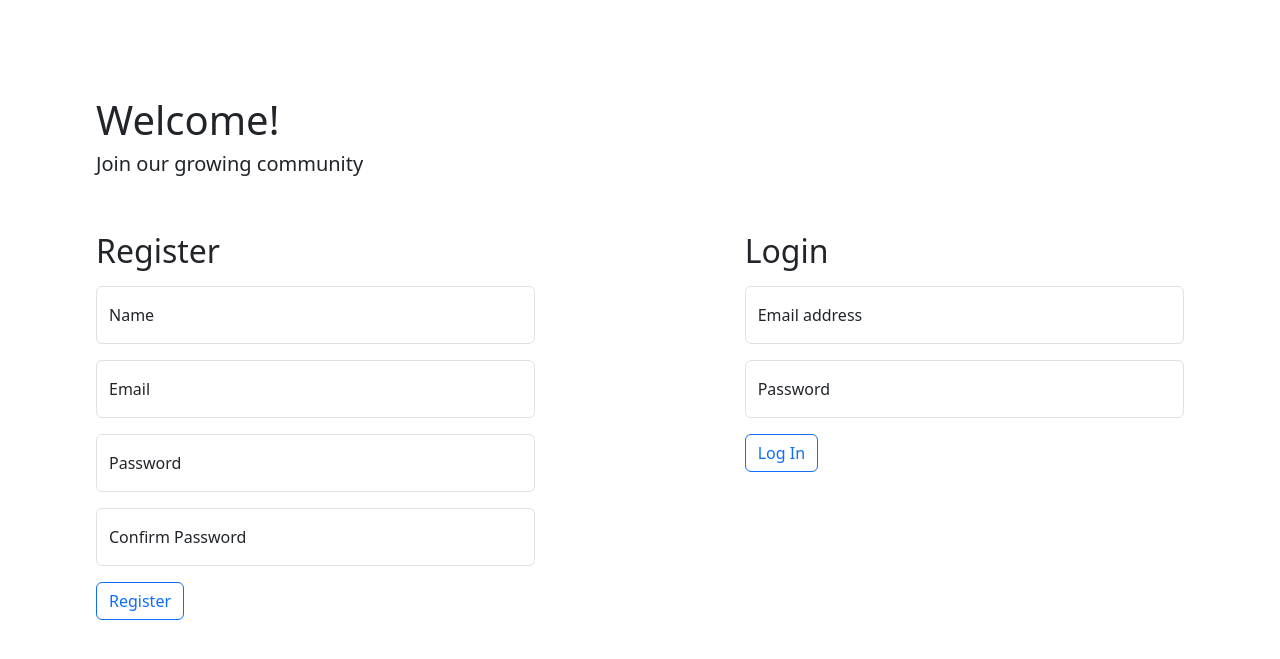
Repository: ShathaMorales/Java-Stack
Page: http://localhost/LoginRegistration/WEB-INF/index.jsp
These files come from the project's save history. The page is drawn as it stood at one moment and after the next save; the edit follows.
The browser window is 1280 px wide. The pictures show the whole page.
The page is served by Tomcat 10. Nobody is signed in. Other server files are loaded and not shown. The template is opened directly, without the code that normally fills it, so the values that code supplies are empty.

Above is the page before, as saved 2023-05-12 11:34:37.

### _java/FullSpring/BookBroker/LoginRegistration/src/main/webapp/WEB-INF/index.jsp
<%@ page language="java" contentType="text/html; charset=UTF-8" pageEncoding="UTF-8"%>
<!-- c:out ; c:forEach etc. -->
<%@ taglib prefix = "c" uri = "http://java.sun.com/jsp/jstl/core" %>
<!-- Formatting (dates) -->
<%@ taglib uri="http://java.sun.com/jsp/jstl/fmt" prefix="fmt"  %>
<!-- form:form -->
<%@ taglib prefix="form" uri="http://www.springframework.org/tags/form"%>
<!-- for rendering errors on PUT routes -->
<%@ page isErrorPage="true" %>
<!DOCTYPE html>
<html>
<head>
<meta charset="UTF-8">
<link href="https://cdn.jsdelivr.net/npm/bootstrap@5.3.0-alpha3/dist/css/bootstrap.min.css" rel="stylesheet" integrity="sha384-KK94CHFLLe+nY2dmCWGMq91rCGa5gtU4mk92HdvYe+M/SXH301p5ILy+dN9+nJOZ" crossorigin="anonymous">
<title>Login and Registration</title>
</head>
<body>
	<div class = "container-md-fluid m-5 p-5">
    	<div class = "row justify-content-between">
    	<h1>Welcome!</h1>
    	<h5>Join our growing community</h5>
            <div class = "col-5 mt-5">
    			<h2>Register</h2>
                <form:form action="/register" method="post" modelAttribute="newUser">
                    <div class="form-floating my-3">
                      <form:input path="userName" class="form-control" name = "userName" id="floatingInput" placeholder="name@example.com"/>
                      <form:label path="userName" for="floatingInput">Name</form:label>
                        <form:errors path="userName" class = "my-3" style="color: blue;"/>
                    </div>
                    <div class="form-floating my-3">
                      <form:input type="email" path="email" class="form-control" name = "email" id="floatingInput" placeholder="name@example.com"/>
                      <form:label path="email" for="floatingInput">Email</form:label>
                        <form:errors path="email" class = "my-3" style="color: blue;"/>
                    </div>
                    <div class="form-floating my-3">
                      <form:input type="password" path="password" class="form-control" name = "password" id="floatingInput" placeholder="name@example.com"/>
                      <form:label path="password" for="floatingInput">Password</form:label>
                        <form:errors path="password" class = "my-3" style="color: blue;"/>
                    </div>
                    <div class="form-floating my-3">
                      <form:input type="password"  path="confirm" class="form-control" name = "confirm" id="floatingInput" placeholder="name@example.com"/>
                      <form:label path="confirm" for="floatingInput">Confirm Password</form:label>
                        <form:errors path="confirm" class = "my-3" style="color: blue;"/>
                    </div>
                    <button type="submit" class="btn btn-outline-primary align-self-center">Register</button>
                    </form:form>
    		</div>
    		 <div class = "col-5 mt-5">
    			<h2>Login</h2>
                <form:form action="/login" method="post" modelAttribute="newLogin">
                    <div class="form-floating my-3">
                      <form:input type="email" path="email" class="form-control" name = "email" id="floatingInput" placeholder="name@example.com"/>
                      <form:label path="email" for="floatingInput">Email address</form:label>
                        <form:errors path="email" class = "my-3" style="color: blue;"/>
                    </div>
                    <div class="form-floating my-3">
                      <form:input type="password" path="password" class="form-control" name = "password" id="floatingInput" placeholder="name@example.com"/>
                      <form:label path="password" for="floatingInput">Password</form:label>
                        <form:errors path="password" class = "my-3" style="color: blue;"/>
                    </div>
                    <button type="submit" class="btn btn-outline-primary align-self-center">Log In</button>
                    </form:form>
    		</div>
    		</div>
    </div>
</body>
</html>

After the next save:
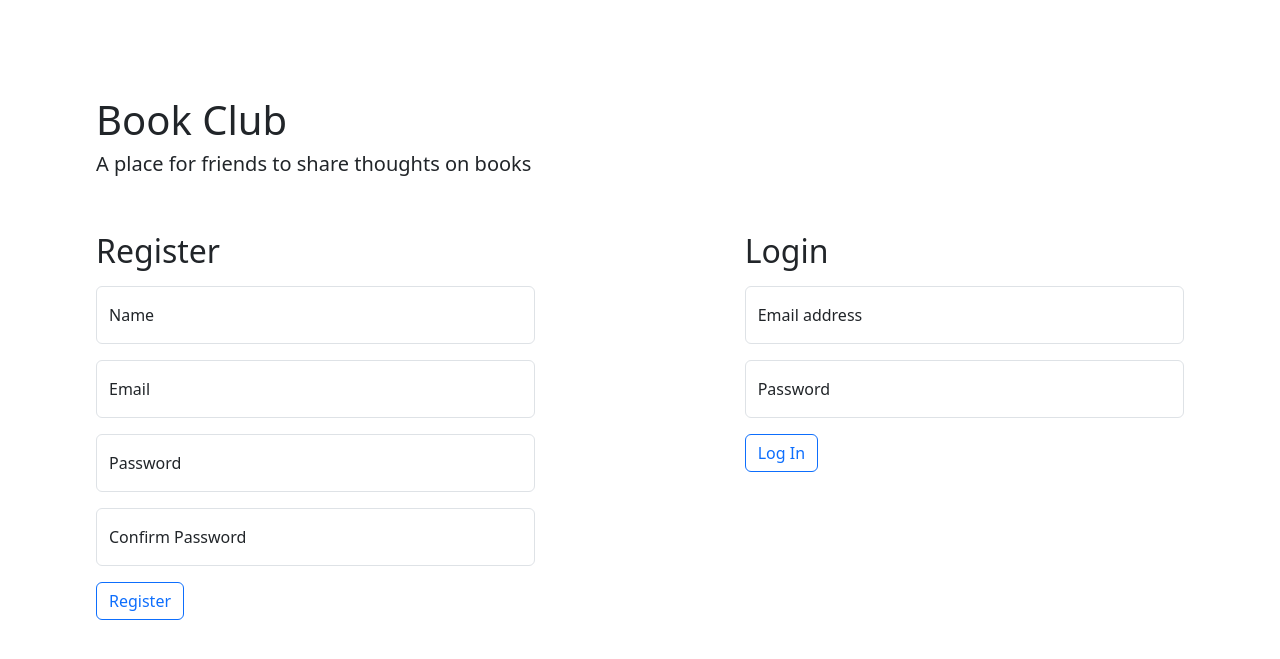
Saved 2 min 14 s later.
--- a/_java/FullSpring/BookBroker/LoginRegistration/src/main/webapp/WEB-INF/index.jsp
+++ b/_java/FullSpring/BookBroker/LoginRegistration/src/main/webapp/WEB-INF/index.jsp
@@ -12,13 +12,13 @@
 <head>
 <meta charset="UTF-8">
 <link href="https://cdn.jsdelivr.net/npm/bootstrap@5.3.0-alpha3/dist/css/bootstrap.min.css" rel="stylesheet" integrity="sha384-KK94CHFLLe+nY2dmCWGMq91rCGa5gtU4mk92HdvYe+M/SXH301p5ILy+dN9+nJOZ" crossorigin="anonymous">
-<title>Login and Registration</title>
+<title>Read Share</title>
 </head>
 <body>
 	<div class = "container-md-fluid m-5 p-5">
     	<div class = "row justify-content-between">
-    	<h1>Welcome!</h1>
-    	<h5>Join our growing community</h5>
+    	<h1>Book Club</h1>
+    	<h5>A place for friends to share thoughts on books</h5>
             <div class = "col-5 mt-5">
     			<h2>Register</h2>
                 <form:form action="/register" method="post" modelAttribute="newUser">
